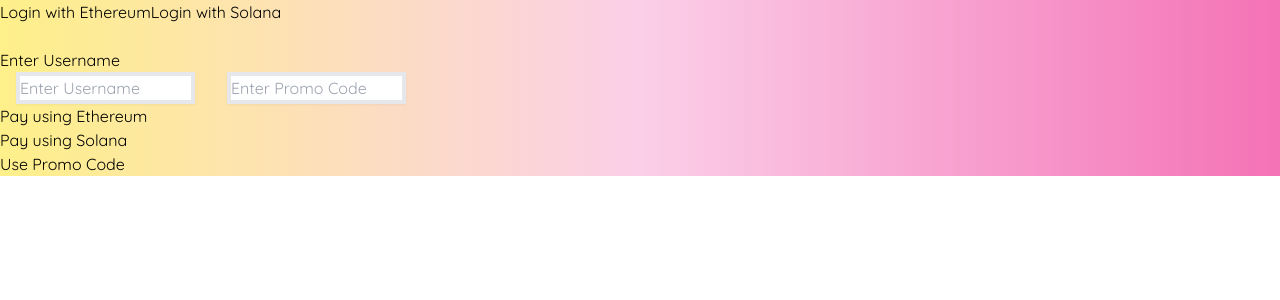
Repository: 22shivam/Polychain
Page: / (app in frontend/)
These files come from the project's save history. The page is drawn as it stood at one moment and after the next save; the edit follows.
The browser window is 1280 px wide. The pictures show the whole page.
The page's requests for data from a server got no answer. The project was rebuilt for these pictures with package versions that can differ from the ones it lists, and the page was loaded fresh each time. The framework's server and built-in components were replaced by stand-ins that run in the browser. No one was signed in, and anything a server would have sent is missing. Also part of the build but not shown: frontend/next.config.js.

Above is the page before, as saved 2022-01-01 10:54:02.

### frontend/pages/_app.js
import React from 'react';
import '../styles/globals.css'
import { useState, createContext } from 'react';

const UserContext = createContext({
  userAccount: "",
  setUserAccount: () => { }
});

function MyApp({ Component, pageProps }) {
  const [userAccount, setUserAccount] = useState({});
  const value = { userAccount, setUserAccount };
  console.log(userAccount)


  return (
    <UserContext.Provider value={value}>
      <Component {...pageProps} />
    </UserContext.Provider>
  )
}

export default MyApp
export { UserContext };

### frontend/pages/_document.js
import Document, { Html, Head, Main, NextScript } from 'next/document'

class MyDocument extends Document {
    render() {
        return (
            <Html>
                <Head>
                    <link rel="preconnect" href="https://fonts.googleapis.com" />
                    <link rel="preconnect" href="https://fonts.gstatic.com" crossorigin />
                    <link href="https://fonts.googleapis.com/css2?family=Quicksand:wght@300;400;500;600;700&display=swap" rel="stylesheet" />
                </Head>
                <body>
                    <Main />
                    <NextScript />
                </body>
            </Html>
        )
    }
}

export default MyDocument

### frontend/pages/index.js
import { useState, useEffect, useContext } from "react";
import transferSOL from "../lib/transferSol";
import transferEth from "../lib/transferEth";
import createPostRequest from "../lib/createPostRequest";
import { ethers } from "ethers";
import Link from 'next/link'
import getSolanaProvider from "../lib/getSolanaProvider";
import { UserContext } from "./_app";
import * as web3 from "@solana/web3.js";

export default function App() {
    console.log("rerendering")
    const [username, setUsername] = useState("")
    const [promoCode, setPromoCode] = useState("");
    const { userAccount, setUserAccount } = useContext(UserContext);

    const handleLogout = async () => {
        console.log(userAccount.blockchain)
        if (userAccount.blockchain == "sol") {
            window.solana.disconnect()
        }
        const response = await fetch("http://localhost:3001/logout", {
            credentials: 'include'
        })

        const processedResponse = await response.json()
        console.log(processedResponse)
        setUserAccount({})
    }

    useEffect(() => {
        // ask them to login either through solana or eth
        (async () => {
            console.log("fetching username details")
            const response = await fetch("http://localhost:3001/isLoggedIn", {
                credentials: 'include'
            })
            const processedResponse = await response.json()
            console.log("processedResponse", processedResponse)
            if (!processedResponse.isLoggedIn) {
                return console.log("please login first")
            } else {
                setUserAccount({ address: processedResponse.address, blockchain: processedResponse.blockchain })
            }
        })()
    }, [])

    useEffect(() => {
        if (window.ethereum) {
            window.ethereum.on('accountsChanged', handleLogout);
        }
        if (window.solana) {
            window.solana.on("disconnect", handleLogout)
        }
        return () => {
            if (window.ethereum) {
                window.ethereum.removeListener('accountsChanged', handleLogout);
            }
            if (window.solana) {
                window.solana.removeListener("disconnect", handleLogout);
            }
        }
    }, [])

    const registerUsingPromoCode = async (e) => {

        if (!window.ethereum)
            throw new Error("No Ethereum Crypto wallet found. Please install it.");
        // await window.ethereum.send("eth_requestAccounts");
        // const accounts = await window.ethereum.request({ method: 'eth_accounts' });
        if (!userAccount.address) {
            // ask them to login either through solana or eth
            return console.log("please login first")
        }

        const requestObject = {
            username,
            promoCode,
            address: userAccount.address,
            blockchain: userAccount.blockchain
        }

        try {
            const registrationResponse = await createPostRequest("http://localhost:3001/register/promo", requestObject)
            console.log(registrationResponse)
        } catch (err) { console.log("registration failed:", err) }

    }

    const registerUsingSolana = async (e) => {
        const coinbaseResponse = await fetch("https://api.coinbase.com/v2/exchange-rates")
        const data = await coinbaseResponse.json()
        const solPerUSD = data.data.rates.SOL
        const SOLpayValue = solPerUSD * 5
        const hash = await transferSOL(SOLpayValue, "AA6bqLgTzYPpFFH2R9XLdudibWcemLkKDRtZmPQEsEiS", setUserAccount);
        if (!hash) { return }

        const requestObject = {
            hash,
            username
        }

        try {
            const registrationResponse = await createPostRequest("http://localhost:3001/register/sol", requestObject)
            console.log(registrationResponse)
        } catch (err) { console.log("registration failed:", err) }


    }

    const registerUsingEthereum = async (e) => {
        // make get request to https://api.coinbase.com/v2/exchange-rates
        // get the USD value of ETH
        const coinbaseResponse = await fetch("https://api.coinbase.com/v2/exchange-rates")
        const data = await coinbaseResponse.json()
        const ethPerUSD = data.data.rates.ETH
        const ETHpayValue = ethPerUSD * 5

        const tx = await transferEth({
            ether: ETHpayValue.toString(),
            addr: "0x76aEB5092D8eabCec324Be739b8BA5dF473F0055"
        }, setUserAccount)
        if (!tx) { return }

        const requestObject = {
            tx,
            username
        }
        try {
            const registrationResponse = await createPostRequest("http://localhost:3001/register/eth", requestObject)
            console.log(registrationResponse)
        } catch (err) { console.log("registration failed:", err) }
    }

    const ethLogin = async (e) => {
        try {
            if (!window.ethereum)
                throw new Error("No Ethereum Crypto wallet found. Please install it.");
            // await window.ethereum.send("eth_requestAccounts");
            // const accounts = await window.ethereum.request({ method: 'eth_accounts' });
            const accounts = await window.ethereum.request({
                method: "wallet_requestPermissions",
                params: [{
                    eth_accounts: {}
                }]
            }).then(() => ethereum.request({
                method: 'eth_requestAccounts'
            }))
            // const accounts = await ethereum.request({ method: "eth_requestAccounts" })
            const provider = new ethers.providers.Web3Provider(window.ethereum);
            const signer = provider.getSigner();
            const message = `Logging in.... \n \n Random ID: ${Math.random().toString(36).slice(2)}`
            const signature = await signer.signMessage(message)
            const requestObject = {
                signature,
                message,
                address: accounts[0]
            }
            const loginResponse = await createPostRequest("http://localhost:3001/login/eth", requestObject)

            if (loginResponse.success) {
                setUserAccount({ address: accounts[0], blockchain: "eth" })
            }

            console.log(loginResponse)
        } catch (err) { console.log(err) }

    }

    const solLogin = async (e) => {
        try {
            const provider = await (async () => {
                if ("solana" in window) {
                    // await window.solana.request({ method: "disconnect" });
                    await window.solana.connect();
                    const provider = window.solana;
                    console.log("Is Phantom installed?  ", provider.isPhantom);
                    return provider
                } else {
                    window.open("https://www.phantom.app/", "_blank");
                }
            })()
            const message = `Logging in.... \n \n Random ID: ${Math.random().toString(36).slice(2)}`
            const encodedMessage = new TextEncoder().encode(message);
            const signedMessage = await window.solana.signMessage(encodedMessage, "utf8")
            console.log(JSON.parse(JSON.stringify(signedMessage.publicKey)).toString())
            console.log(signedMessage.publicKey.toBase58()) // returns publickey in base58.
            console.log(new web3.PublicKey(signedMessage.publicKey.toBase58()))
            console.log(Object.getPrototypeOf(signedMessage.publicKey))
            console.log(signedMessage.publicKey)
            console.log(signedMessage.publicKey)
            console.log(signedMessage.publicKey._bn)
            console.log(signedMessage)
            console.log(JSON.stringify(signedMessage))


            const requestObject = {
                signedMessage: signedMessage,
                message,
                address: signedMessage.publicKey.toBytes(),
                publicKey: signedMessage.publicKey.toBase58()

            }
            const loginResponse = await createPostRequest("http://localhost:3001/login/sol", requestObject)

            if (loginResponse.success) {
                setUserAccount({ address: signedMessage.publicKey.toString(), blockchain: "sol" })
            }

            console.log(loginResponse)
        } catch (err) { console.log(err) }
    }


    return (
        <div className="bg-gradient-to-r from-yellow-200 via-pink-200 to-pink-400 h-100 w-100 vh-100">
            {userAccount.address ? <div><h1>Go to your <Link href="/dashboard">Dashboard</Link></h1><button onClick={handleLogout}>Logout</button></div> : (
                <div>
                    <button onClick={ethLogin}>Login with Ethereum</button>
                    <button onClick={solLogin}>Login with Solana</button>

                </div>
            )}

            <br />
            <h1> Enter Username </h1>
            <input value={username} onChange={(e) => { setUsername(e.target.value) }} className="shadow-sm mr-4 ml-4 border-4" name="ether" type="text" placeholder="Enter Username" />
            <input value={promoCode} onChange={(e) => { setPromoCode(e.target.value) }} className="shadow-sm mr-4 ml-4 border-4" name="ether" type="text" placeholder="Enter Promo Code" />
            <br />
            <button onClick={registerUsingEthereum}>Pay using Ethereum</button>
            <br />
            <button onClick={registerUsingSolana}>Pay using Solana</button>
            <br />
            <button onClick={registerUsingPromoCode}>Use Promo Code</button>
        </div>

    );
}

### frontend/styles/globals.css
@tailwind base;
@tailwind components;
@tailwind utilities;

html,
body {
  padding: 0;
  margin: 0;
  font-family: Quicksand, -apple-system, BlinkMacSystemFont, Segoe UI, Roboto, Oxygen,
    Ubuntu, Cantarell, Fira Sans, Droid Sans, Helvetica Neue, sans-serif;
}

a {
  color: inherit;
  text-decoration: none;
}

* {
  box-sizing: border-box;
}

### frontend/lib/transferSol.js
import getSolanaProvider from "./getSolanaProvider";
import * as web3 from '@solana/web3.js';

export default async function transferSOL(solAmount, toAddr, setUserAccount) {
    // Detecing and storing the phantom wallet of the user (creator in this case)
    var provider = await getSolanaProvider();

    // Establishing connection
    var connection = new web3.Connection(
        web3.clusterApiUrl('devnet'), // change to mainnet-beta when deploying
    );
    var recieverWallet = new web3.PublicKey(toAddr);
    console.log("pblickey of sender", provider.publicKey)
    var transaction = new web3.Transaction().add(
        web3.SystemProgram.transfer({
            fromPubkey: provider.publicKey,
            toPubkey: recieverWallet,
            lamports: solAmount * web3.LAMPORTS_PER_SOL
        }),
    );

    // Setting the variables for the transaction
    transaction.feePayer = await provider.publicKey;
    let blockhashObj = await connection.getRecentBlockhash();
    transaction.recentBlockhash = await blockhashObj.blockhash;
    // Request creator to sign the transaction (allow the transaction)
    let signed = await provider.signTransaction(transaction);
    // The signature is generated
    let hash = await connection.sendRawTransaction(signed.serialize());
    console.log(hash)
    // Confirm whether the transaction went through or not
    if (setUserAccount) {
        setUserAccount({ address: provider.publicKey, blockchain: "sol" })
    }
    await connection.confirmTransaction(hash);
    return hash
}

### frontend/lib/transferEth.js
import { ethers } from 'ethers'
import { toBn } from 'evm-bn';

const transferEth = async ({ ether, addr }, setUserAccount) => {
    try {
        if (!window.ethereum)
            throw new Error("No crypto wallet found. Please install it.");

        const accounts = await ethereum.request({ method: "eth_requestAccounts" })
        // await window.ethereum.request({ method: 'eth_accounts' });
        const provider = new ethers.providers.Web3Provider(window.ethereum);
        const signer = provider.getSigner();
        const tx = await signer.sendTransaction({
            to: addr,
            value: toBn(ether)
        });
        if (setUserAccount) {
            setUserAccount({ address: accounts[0], blockchain: "eth" })
        }
        return tx
    } catch (err) {
        alert(err.message)
    }
};

export default transferEth

### frontend/lib/createPostRequest.js

const createPostRequest = async (url, requestObject) => {
    const response = await fetch(url, {
        method: 'POST', // *GET, POST, PUT, DELETE, etc.
        mode: 'cors', // no-cors, *cors, same-origin
        cache: 'no-cache', // *default, no-cache, reload, force-cache, only-if-cached
        credentials: 'include', // include, *same-origin, omit
        headers: {
            'Content-Type': 'application/json'
            // 'Content-Type': 'application/x-www-form-urlencoded',
        },
        redirect: 'follow', // manual, *follow, error
        referrerPolicy: 'no-referrer', // no-referrer, *no-referrer-when-downgrade, origin, origin-when-cross-origin, same-origin, strict-origin, strict-origin-when-cross-origin, unsafe-url
        body: JSON.stringify(requestObject) // body data type must match "Content-Type" header
    });

    const processedResponse = await response.json();

    return processedResponse
}

export default createPostRequest;

### frontend/lib/getSolanaProvider.js
const getSolanaProvider = async () => {
    if ("solana" in window) {
        await window.solana.connect();
        const provider = window.solana;
        if (provider.isPhantom) {
            console.log("Is Phantom installed?  ", provider.isPhantom);
            return provider;
        }
    } else {
        window.open("https://www.phantom.app/", "_blank");
    }
};

export default getSolanaProvider;

Loaded but not shown: frontend/tailwind.config.js (common file)

After the next save:
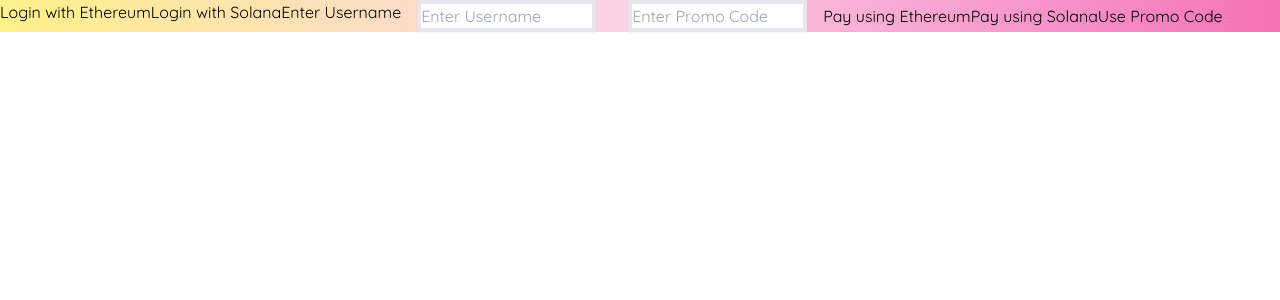
Saved 6 s later.
--- a/frontend/pages/index.js
+++ b/frontend/pages/index.js
@@ -213,7 +213,7 @@ export default function App() {
 
 
     return (
-        <div className="bg-gradient-to-r from-yellow-200 via-pink-200 to-pink-400 h-100 w-100 vh-100">
+        <div className="flex bg-gradient-to-r from-yellow-200 via-pink-200 to-pink-400 h-100 w-100 vh-100">
             {userAccount.address ? <div><h1>Go to your <Link href="/dashboard">Dashboard</Link></h1><button onClick={handleLogout}>Logout</button></div> : (
                 <div>
                     <button onClick={ethLogin}>Login with Ethereum</button>
